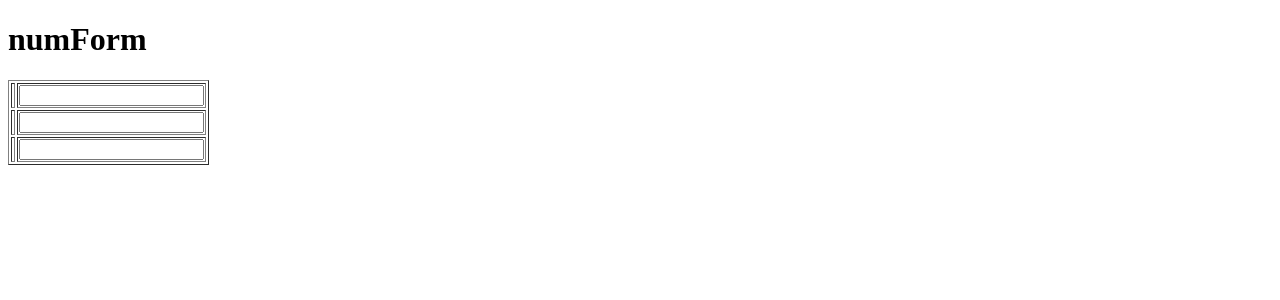
Repository: hjh5217/newJSP
Page: http://localhost/jspProj/request/numForm.jsp
An editor plug-in stored every save of this project. The page is shown before and after the next save, followed by the edit.
The browser window is 1280 px wide. The pictures show the whole page.
The page is served by Tomcat 9. Other server files are loaded and not shown.

Above is the page before, as saved 2023-07-27 06:46:17.

### jspProj/src/main/webapp/request/numForm.jsp
<%@ page language="java" contentType="text/html; charset=UTF-8"
    pageEncoding="UTF-8"%>
<!DOCTYPE html>
<html>
<head>
<meta charset="UTF-8">
<title>numForm</title>
</head>
<body>
	<h1>numForm</h1>
	<form action="numForm">
		<table border="">
			<tr>
				<td></td>
				<td><input type="text" name="no" /></td>
			</tr>
			<tr>
				<td></td>
				<td><input type="text" name="no" /></td>
			</tr>
			<tr>
				<td></td>
				<td><input type="text" name="no" /></td>
			</tr>
		</table>
	</form>
</body>
</html>

After the next save:
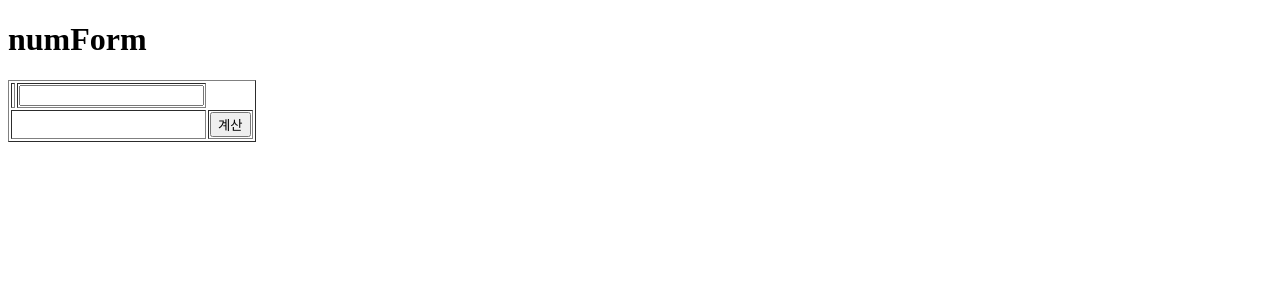
Saved 53 s later.
--- a/jspProj/src/main/webapp/request/numForm.jsp
+++ b/jspProj/src/main/webapp/request/numForm.jsp
@@ -15,12 +15,8 @@
 				<td><input type="text" name="no" /></td>
 			</tr>
 			<tr>
-				<td></td>
-				<td><input type="text" name="no" /></td>
-			</tr>
-			<tr>
-				<td></td>
-				<td><input type="text" name="no" /></td>
+				<td colspan="2" align="center"></td>
+				<td><input type="submit" value="계산"/></td>
 			</tr>
 		</table>
 	</form>
